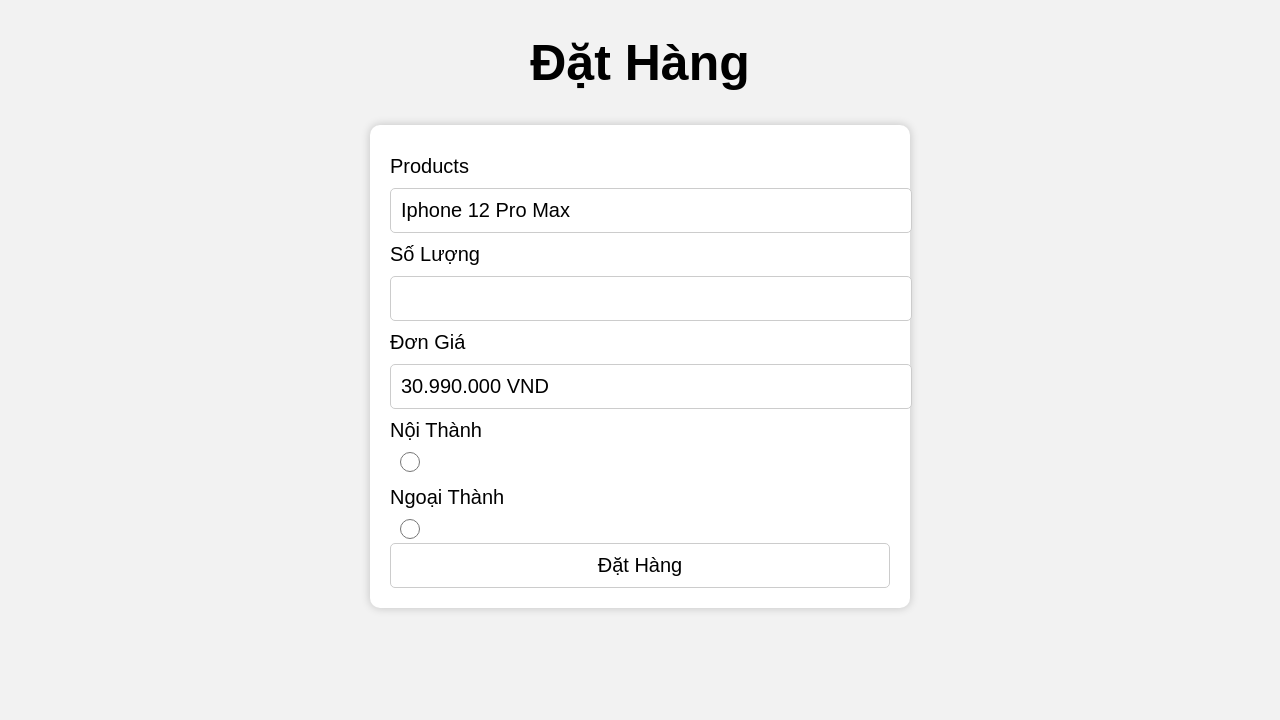
Repository: hisu87/WEB1043-JS
Page: Lab-Done-JS/Lab-7/html/Oder.html
These files come from the project's save history. The page is drawn as it stood at one moment and after the next save; the edit follows.
The browser window is 1280 px wide. The pictures show the whole page.

Above is the page before, as saved 2023-04-08 13:15:37.

After the next save:
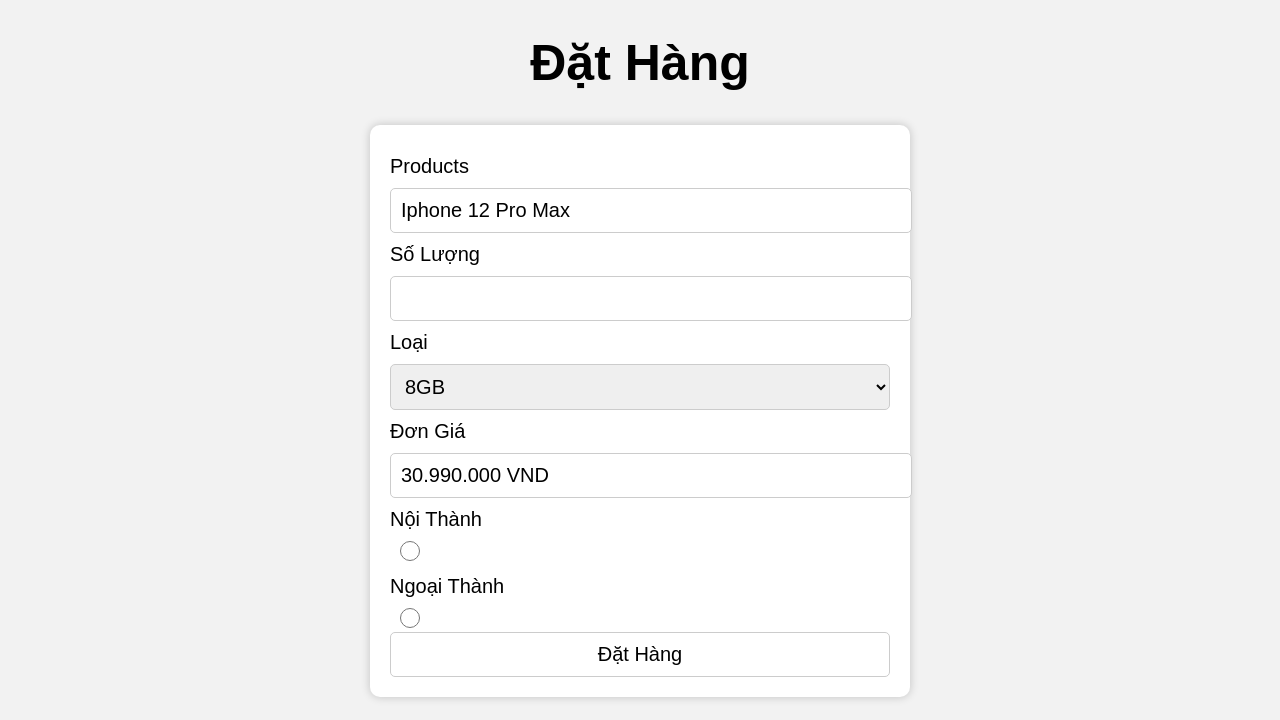
Saved 2 min 45 s later.
--- a/Lab-Done-JS/Lab-7/html/Oder.html
+++ b/Lab-Done-JS/Lab-7/html/Oder.html
@@ -82,6 +82,13 @@
         <input type="text" name="products" id="products" value="Iphone 12 Pro Max">
         <label for="qty">Số Lượng</label>
         <input type="number" name="qty" id="qty">
+        <label for="loai">Loại</label>
+        <select name="ram" id="ram">
+            <option value="1">8GB</option>
+            <option value="2">16GB</option>
+            <option value="3">32GB</option>
+            <option value="4">64GB</option>
+        </select>
         <label for="price">Đơn Giá</label>
         <input type="text" name="price" id="price" value="30.990.000 VND">
         <label for="dia_chi">Nội Thành</label>
